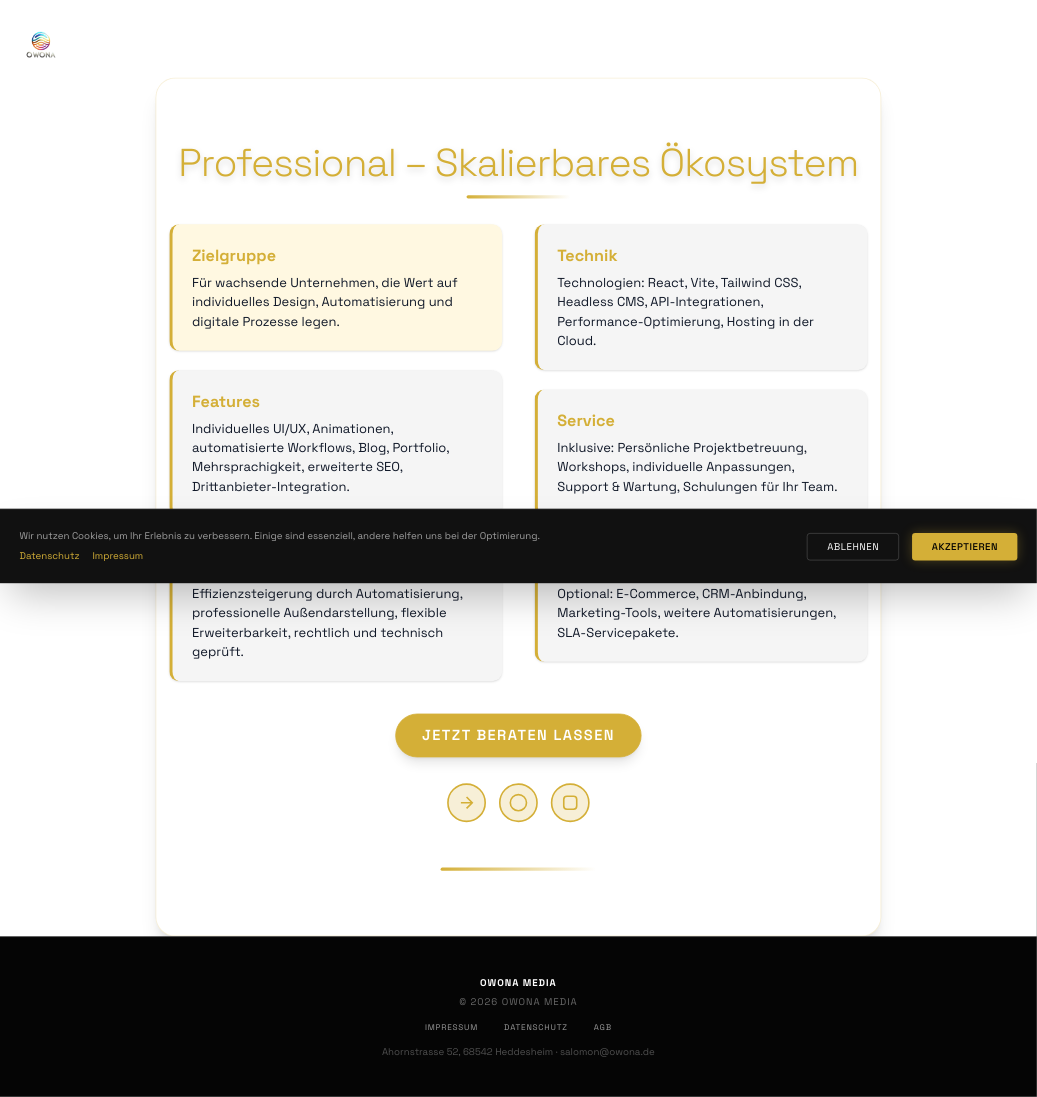
Repository: OwonaMedia/OMedia
Page: /produkte/pro
These files come from the project's save history. The page is drawn as it stood at one moment and after the next save; the edit follows.
The browser window is 1280 px wide. The pictures show the whole page, at 81% of full size.
The project was rebuilt for these pictures with package versions that can differ from the ones it lists, and the page was loaded fresh each time. Also part of the build but not shown: src/pages/Home.tsx, src/pages/Login.tsx, src/pages/dashboard/Overview.tsx, src/pages/dashboard/Projects.tsx, src/pages/dashboard/Invoices.tsx, src/pages/dashboard/Files.tsx, src/pages/dashboard/Settings.tsx, src/pages/Dashboard.tsx and 7 more. Imported but missing from the stored project, and not drawn on this page: src/pages/legal/AGB, src/pages/legal/Datenschutz, src/pages/legal/Impressum.

Above is the page before, as saved 2026-01-20 18:08:24.

After the next save:
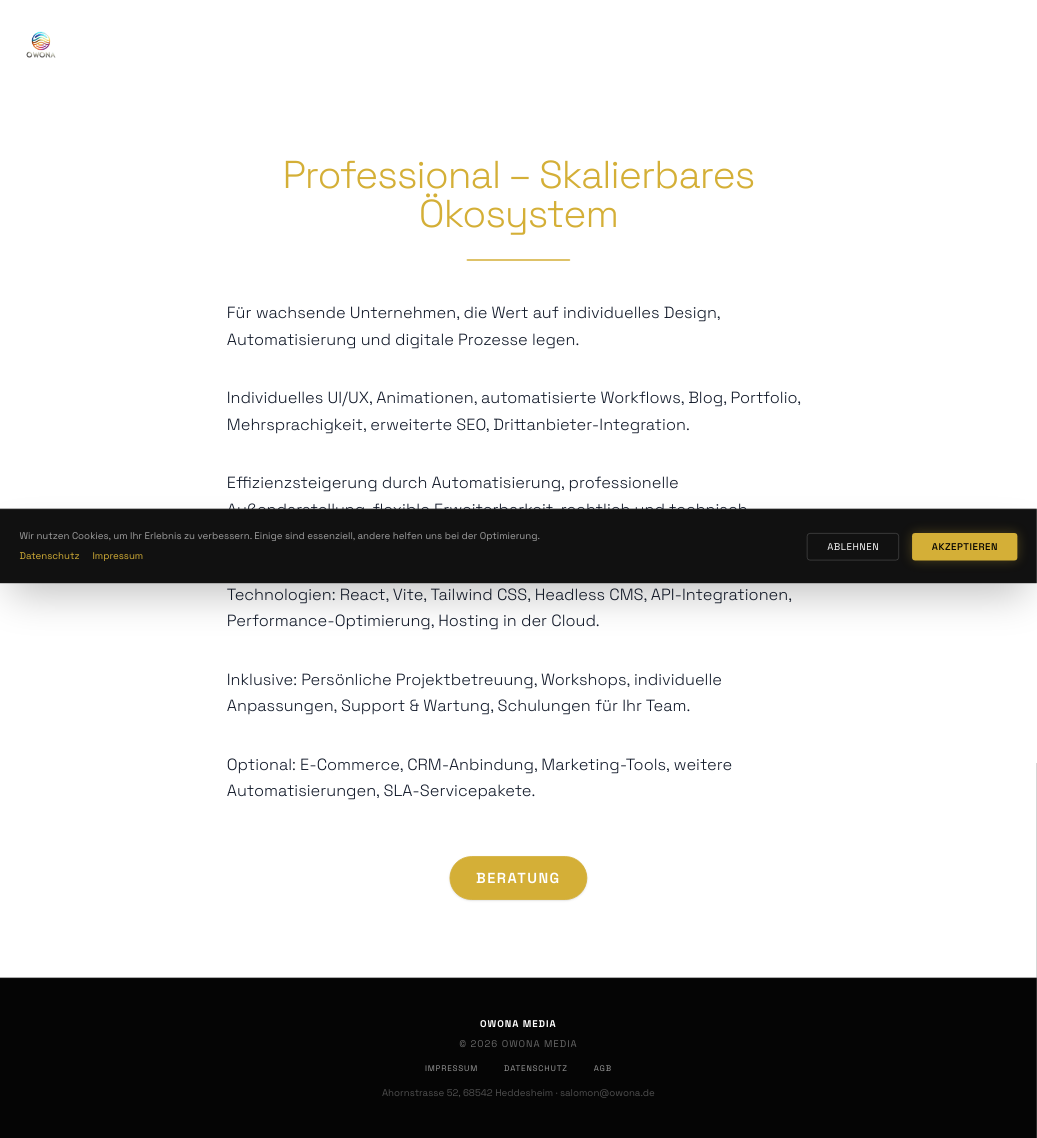
Saved 15 s later.
--- a/src/pages/ProductPro.tsx
+++ b/src/pages/ProductPro.tsx
@@ -1,60 +1,25 @@
+
 
 import { useTranslation } from '../TranslationContext';
 
 export default function ProductPro() {
   const { t } = useTranslation();
   return (
-    <div className="max-w-4xl mx-auto py-20 px-4 bg-white rounded-3xl shadow-xl border border-[#D4AF37]/20">
-      <h1 className="text-5xl font-light mb-4 text-[#D4AF37] text-center tracking-tight drop-shadow-lg">{t('product.pro.detail.title')}</h1>
-      <div className="flex justify-center mb-8">
-        <div className="h-1 w-32 bg-gradient-to-r from-[#D4AF37] to-transparent rounded-full" />
+    <div className="max-w-3xl mx-auto py-24 px-6 bg-white">
+      <h1 className="text-5xl font-light mb-8 text-[#D4AF37] text-center tracking-tight">{t('product.pro.detail.title')}</h1>
+      <div className="flex justify-center mb-12">
+        <div className="h-0.5 w-32 bg-[#D4AF37] rounded-full" />
       </div>
-      <div className="grid md:grid-cols-2 gap-10 mb-10">
-        <div className="flex flex-col gap-6">
-          <div className="bg-[#FFF8E1] border-l-4 border-[#D4AF37] p-6 rounded-xl shadow-sm">
-            <h2 className="text-xl font-bold text-[#D4AF37] mb-2">Zielgruppe</h2>
-            <p className="text-gray-900 text-base">{t('product.pro.detail.target')}</p>
-          </div>
-          <div className="bg-[#F5F5F5] border-l-4 border-[#D4AF37] p-6 rounded-xl shadow-sm">
-            <h2 className="text-xl font-bold text-[#D4AF37] mb-2">Features</h2>
-            <p className="text-gray-900 text-base">{t('product.pro.detail.features')}</p>
-          </div>
-          <div className="bg-[#F5F5F5] border-l-4 border-[#D4AF37] p-6 rounded-xl shadow-sm">
-            <h2 className="text-xl font-bold text-[#D4AF37] mb-2">Vorteile</h2>
-            <p className="text-gray-900 text-base">{t('product.pro.detail.benefits')}</p>
-          </div>
-        </div>
-        <div className="flex flex-col gap-6">
-          <div className="bg-[#F5F5F5] border-l-4 border-[#D4AF37] p-6 rounded-xl shadow-sm">
-            <h2 className="text-xl font-bold text-[#D4AF37] mb-2">Technik</h2>
-            <p className="text-gray-900 text-base">{t('product.pro.detail.tech')}</p>
-          </div>
-          <div className="bg-[#F5F5F5] border-l-4 border-[#D4AF37] p-6 rounded-xl shadow-sm">
-            <h2 className="text-xl font-bold text-[#D4AF37] mb-2">Service</h2>
-            <p className="text-gray-900 text-base">{t('product.pro.detail.service')}</p>
-          </div>
-          <div className="bg-[#F5F5F5] border-l-4 border-[#D4AF37] p-6 rounded-xl shadow-sm">
-            <h2 className="text-xl font-bold text-[#D4AF37] mb-2">Add-ons</h2>
-            <p className="text-gray-900 text-base">{t('product.pro.detail.addons')}</p>
-          </div>
-        </div>
+      <div className="space-y-10 text-gray-900 text-xl leading-relaxed font-light">
+        <p>{t('product.pro.detail.target')}</p>
+        <p>{t('product.pro.detail.features')}</p>
+        <p>{t('product.pro.detail.benefits')}</p>
+        <p>{t('product.pro.detail.tech')}</p>
+        <p>{t('product.pro.detail.service')}</p>
+        <p>{t('product.pro.detail.addons')}</p>
       </div>
-      <div className="flex flex-col items-center gap-6 mt-8">
-        <a href="/kontakt" className="px-8 py-3 rounded-full bg-[#D4AF37] text-white font-semibold uppercase tracking-widest text-lg shadow-lg hover:bg-black hover:text-[#D4AF37] border border-[#D4AF37] transition">Jetzt beraten lassen</a>
-        <div className="flex gap-4 mt-2">
-          <div className="w-12 h-12 rounded-full bg-[#D4AF37]/20 flex items-center justify-center border-2 border-[#D4AF37]">
-            <svg width="24" height="24" fill="none" stroke="#D4AF37" strokeWidth="2" viewBox="0 0 24 24"><path d="M5 12h14M12 5l7 7-7 7" /></svg>
-          </div>
-          <div className="w-12 h-12 rounded-full bg-[#D4AF37]/20 flex items-center justify-center border-2 border-[#D4AF37]">
-            <svg width="24" height="24" fill="none" stroke="#D4AF37" strokeWidth="2" viewBox="0 0 24 24"><circle cx="12" cy="12" r="10" /></svg>
-          </div>
-          <div className="w-12 h-12 rounded-full bg-[#D4AF37]/20 flex items-center justify-center border-2 border-[#D4AF37]">
-            <svg width="24" height="24" fill="none" stroke="#D4AF37" strokeWidth="2" viewBox="0 0 24 24"><rect x="4" y="4" width="16" height="16" rx="4" /></svg>
-          </div>
-        </div>
-        <div className="w-full flex justify-center mt-8">
-          <div className="h-1 w-48 bg-gradient-to-r from-[#D4AF37] to-transparent rounded-full" />
-        </div>
+      <div className="flex justify-center mt-16">
+        <a href="/kontakt" className="px-8 py-3 rounded-full bg-[#D4AF37] text-white font-semibold uppercase tracking-widest text-lg shadow hover:bg-black hover:text-[#D4AF37] border border-[#D4AF37] transition">Beratung</a>
       </div>
     </div>
   );
